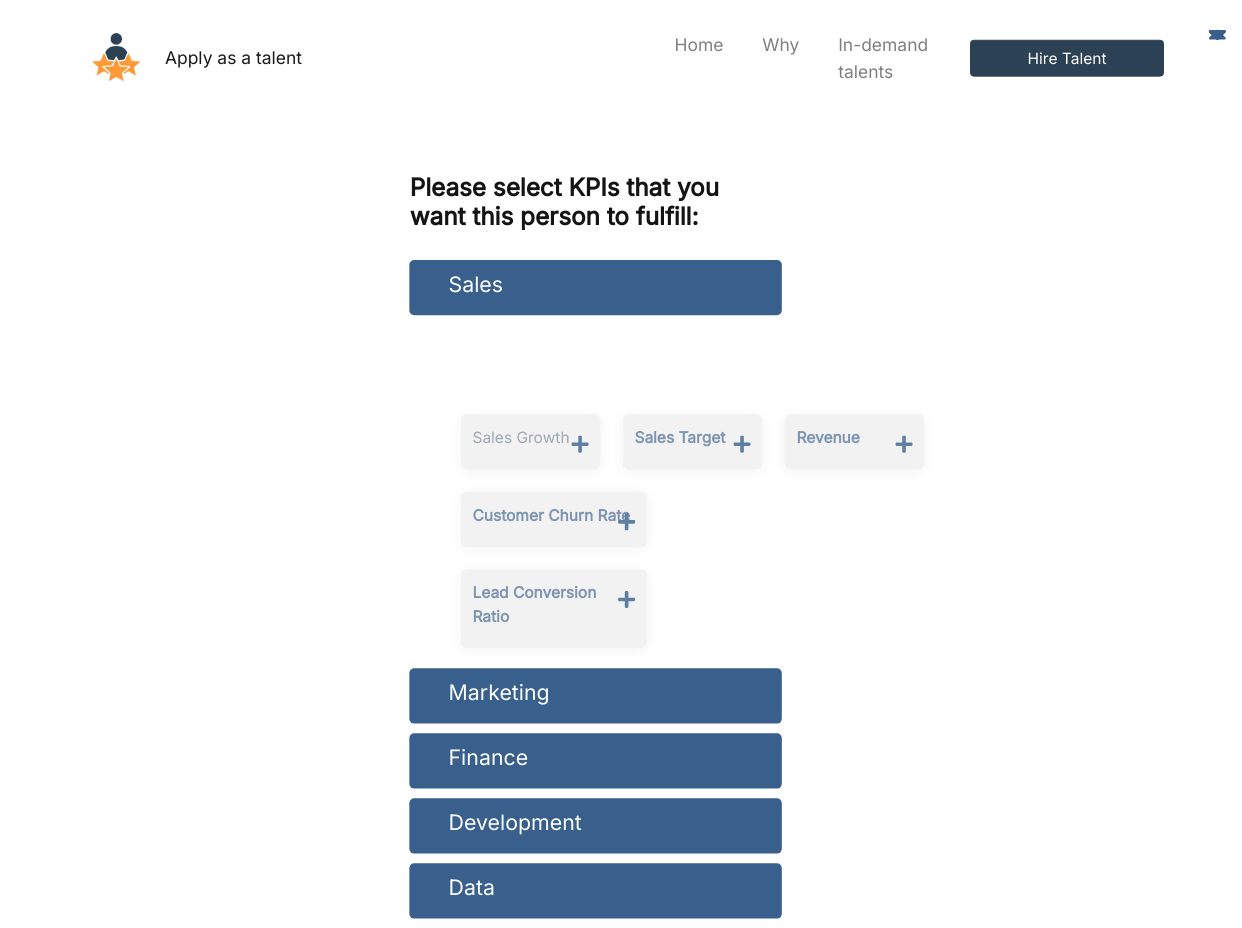
Repository: Ashwe9/talent-hire-reactJs
Page: /kpis, after clicking the first element matching `div.dropdown-box`
An editor plug-in stored every save of this project. The page is shown before and after the next save, followed by the edit.
The browser window is 1280 px wide. The pictures show the whole page, at 97% of full size.
The project was rebuilt for these pictures with package versions that can differ from the ones it lists, and the page was loaded fresh each time. A package was used in the major version that the imports need, not the one package.json lists. Also part of the build but not shown: src/homePage/components/TrustedBy/TrustedBy.css, src/homePage/components/TrustedBy/TrustedBy.js, src/homePage/components/Roles/Roles.js, src/homePage/components/homePageFooter/HomePageFooter.css, src/homePage/components/homePageFooter/HomePageFooter.js, src/homePage/HomePage.js, src/projectDetails/ProjectDetails.js.

Above is the page before, as saved 2022-08-18 16:39:51.

After the next save:
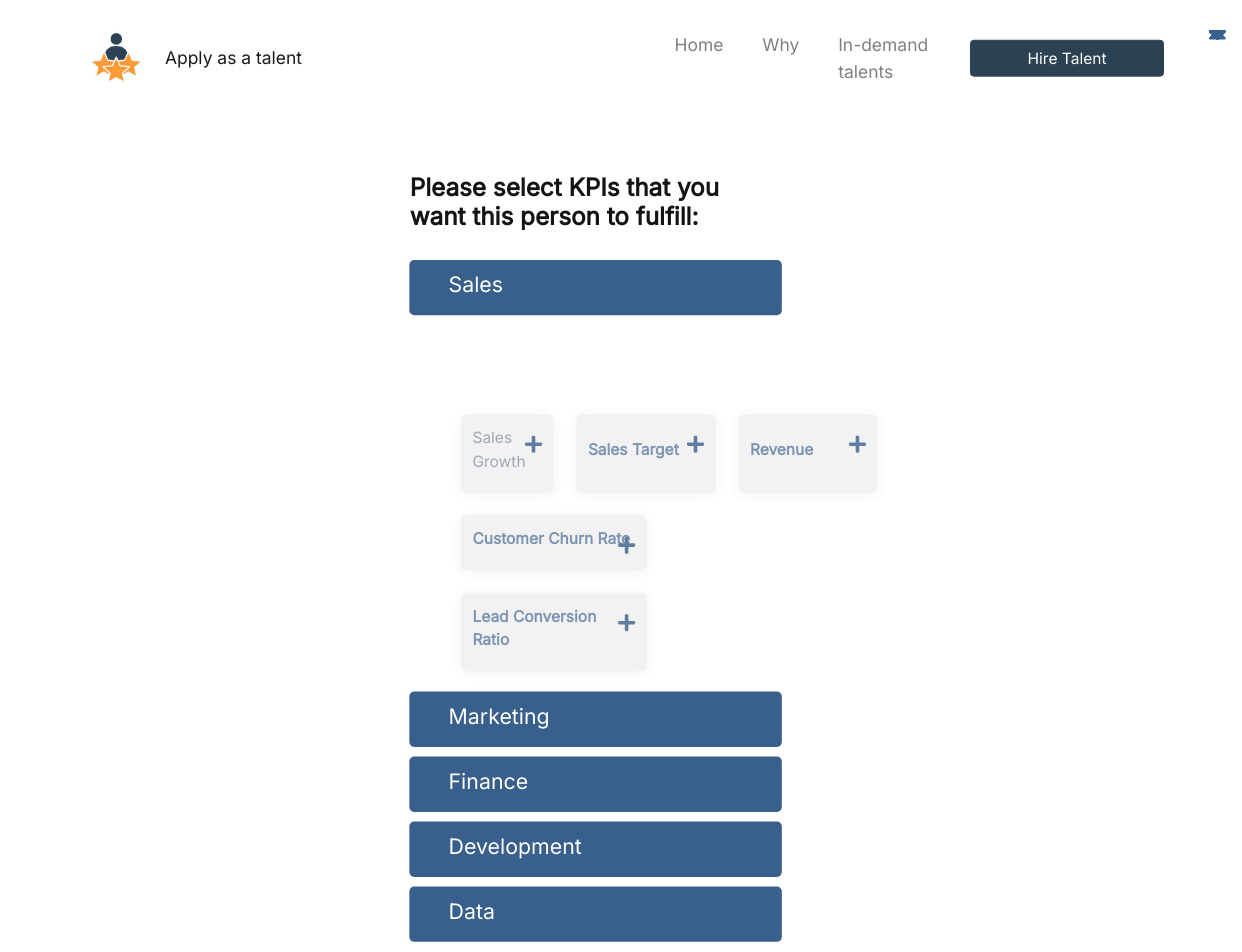
Saved 38 s later.
--- a/src/kpisPage/Talents.js
+++ b/src/kpisPage/Talents.js
@@ -29,7 +29,7 @@ const Talents = ({title}) => {
         <div className='roles-box'>
           <form className='check-form'>
             <div className='row'>
-              <div className={`col-3 ${checked_1 ? "role-item-active" : "role-item"}`} onClick={incrementCount1}>
+              <div className={`col-2 ${checked_1 ? "role-item-active" : "role-item"}`} onClick={incrementCount1}>
                 <label for="role_1" className={`${checked_1%2===0 ? "role-item-paragraph-active" : "role-item-paragraph"}`}>Sales Growth</label>
                 <a> { checked_1%2===0 ? <FaPlus id='icon' size={20} style={{}} /> : <FaMinus id='icon' size={20} style={{}} />}</a>
               </div>
